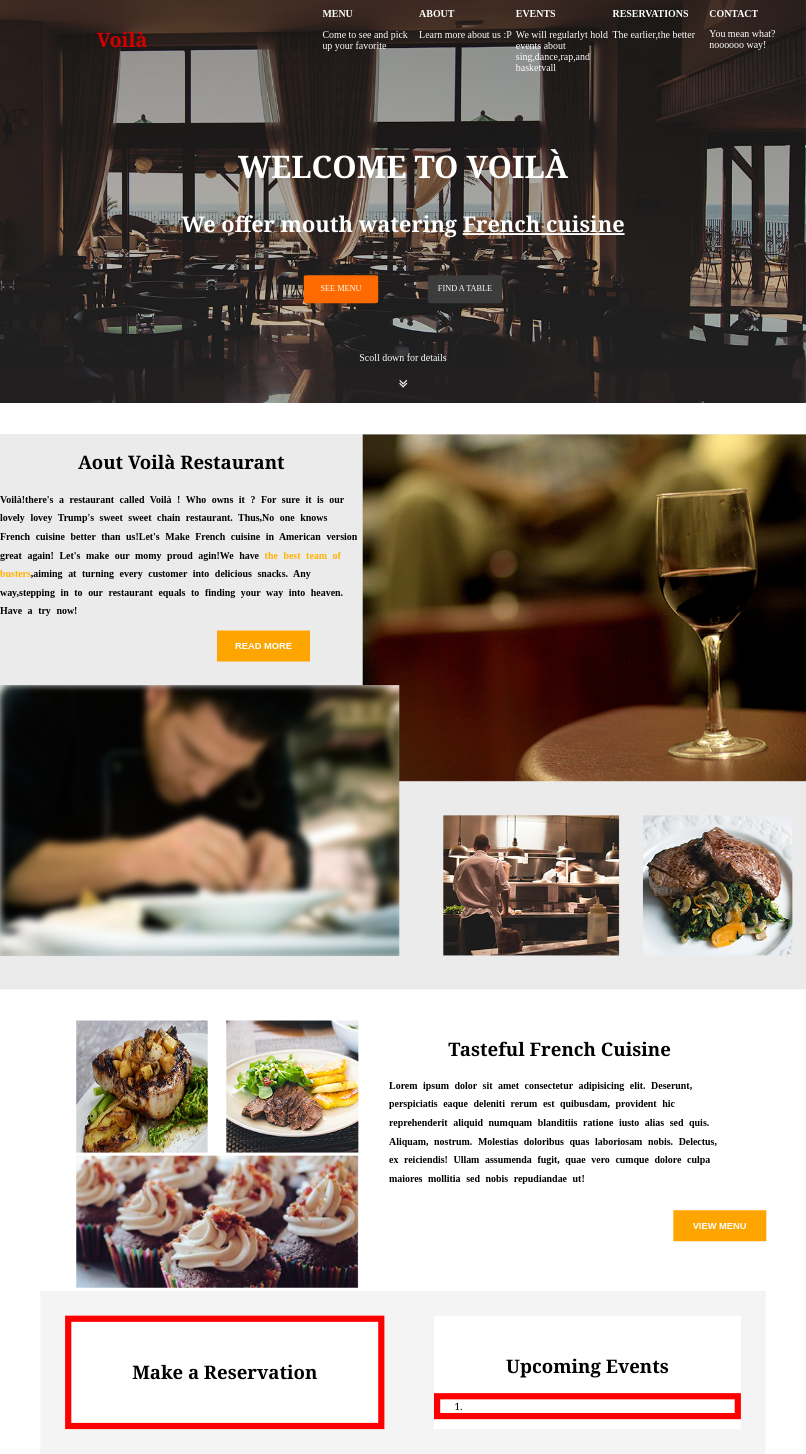
Repository: sis-shen/HTML_vsc
Page: adc_v2/index.html
The author's editor kept a copy of each file at every save. The page is drawn from the files as they stood at one save, then again after the next save.
The browser window is 1280 px wide. The page is 1300 px wide, so the pictures cover 1300 px, including what lies to the right of the window. The pictures show the whole page, at 62% of full size.

Above is the page before, as saved 2023-08-17 10:50:37.

After the next save:
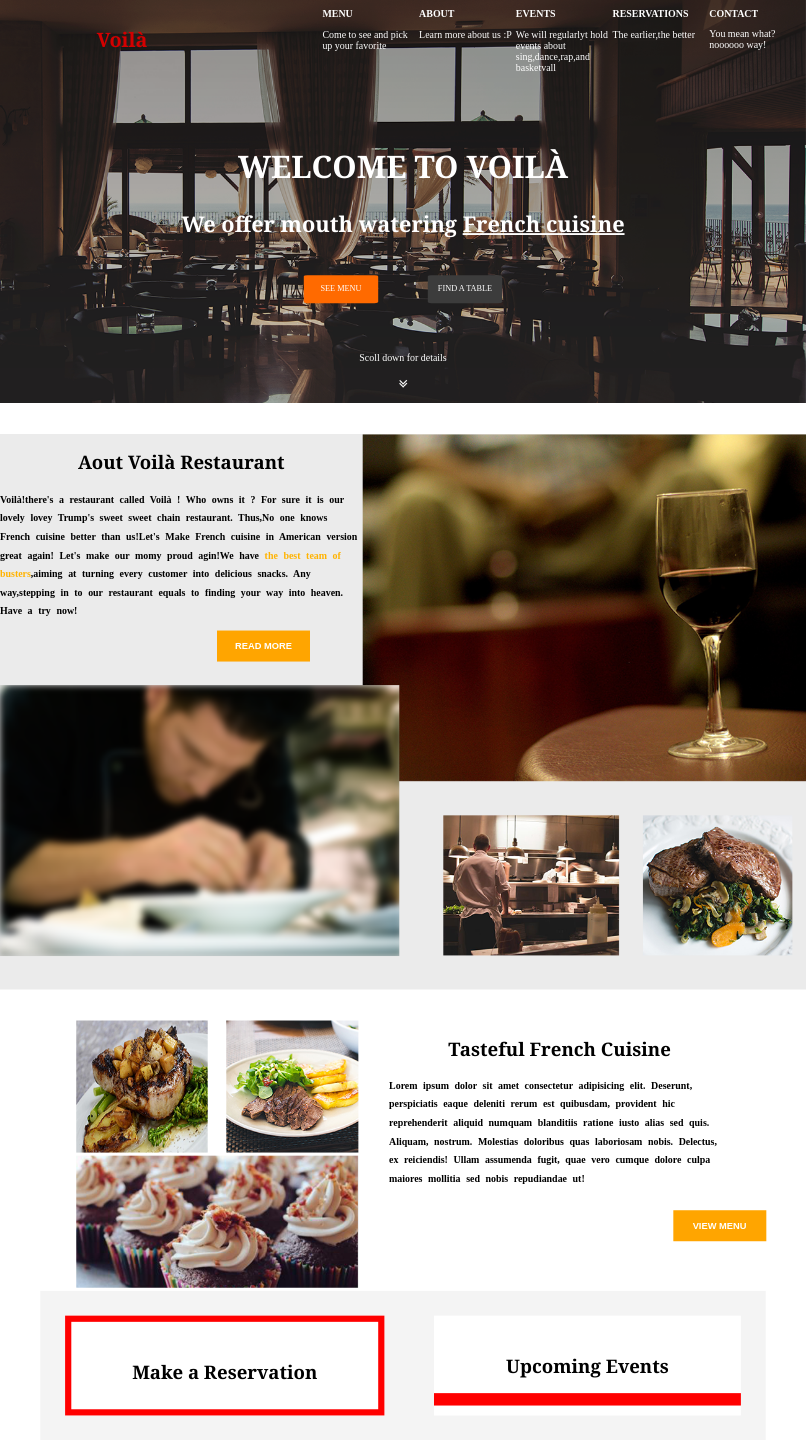
Saved 86 s later.
--- a/adc_v2/style.css
+++ b/adc_v2/style.css
@@ -328,7 +328,7 @@ body {
         width: 50%;
 
         #event-emp{
-            list-style-type: space-counter;
+            list-style-type: none;
             /* display: block; */
             display: flex;
             border: red solid 10px;

After the save that followed:
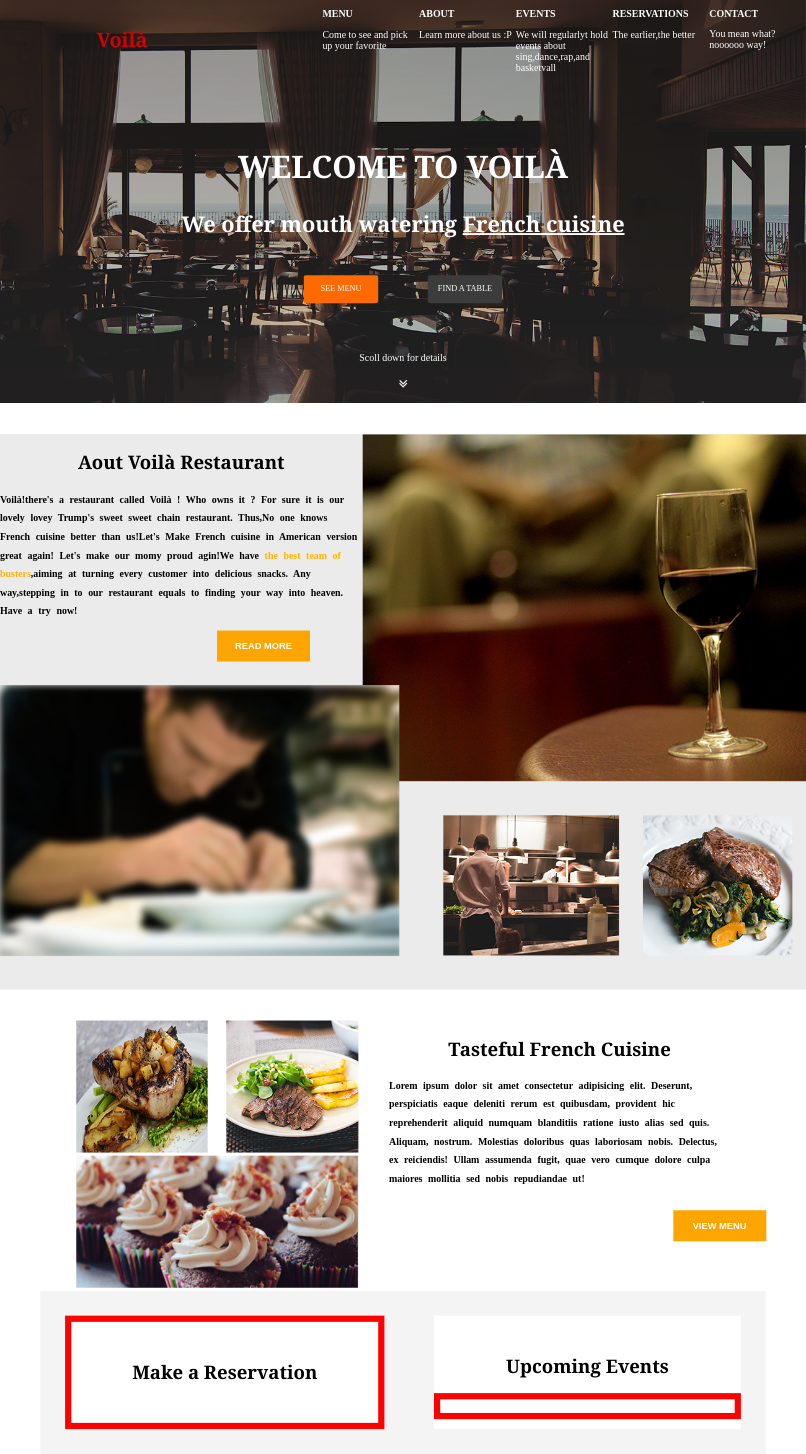
Saved 37 s later.
--- a/adc_v2/index.html
+++ b/adc_v2/index.html
@@ -114,7 +114,7 @@
             <ul id="event-emp">
                 <li class="evnt-emp" >
 
-                    <div class="icon"></div>
+                    <div class="icon"><img src="" alt=""></div>
                     <div class="content">
                         <div class="event-title"></div>
 
